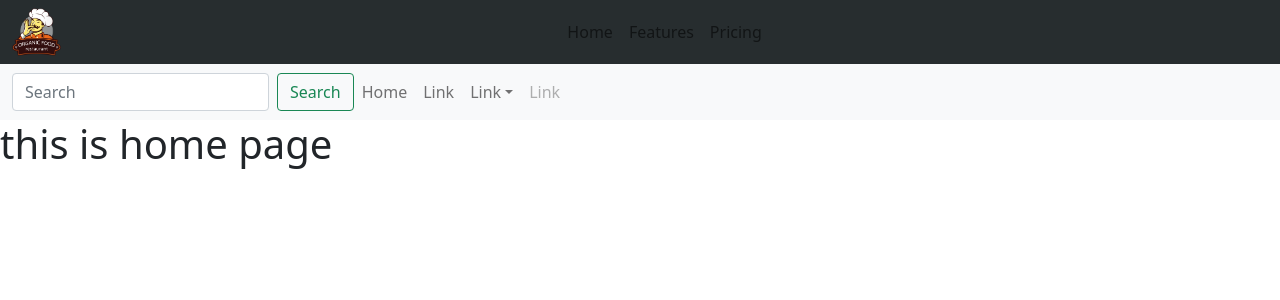
Repository: mdrubel02/organic-food-restaurnat
Page: /
The author's editor kept a copy of each file at every save. The page is drawn from the files as they stood at one save, then again after the next save.
The browser window is 1280 px wide. The pictures show the whole page.
The project was rebuilt for these pictures with package versions that can differ from the ones it lists, and the page was loaded fresh each time.

Above is the page before, as saved 2022-07-02 16:05:48.

After the next save:
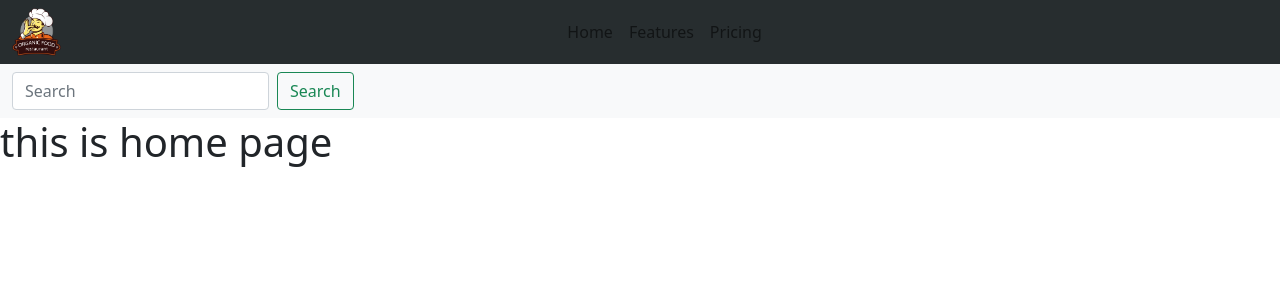
Saved 41 s later.
--- a/src/Components/Header/HeaderTwo.js
+++ b/src/Components/Header/HeaderTwo.js
@@ -22,21 +22,7 @@ const HeaderTwo = () => {
                         style={{ maxHeight: '100px' }}
                         navbarScroll
                     >
-                        <Nav.Link href="#action1">Home</Nav.Link>
-                        <Nav.Link href="#action2">Link</Nav.Link>
-                        <NavDropdown title="Link" id="navbarScrollingDropdown">
-                            <NavDropdown.Item href="#action3">Action</NavDropdown.Item>
-                            <NavDropdown.Item href="#action4">
-                                Another action
-                            </NavDropdown.Item>
-                            <NavDropdown.Divider />
-                            <NavDropdown.Item href="#action5">
-                                Something else here
-                            </NavDropdown.Item>
-                        </NavDropdown>
-                        <Nav.Link href="#" disabled>
-                            Link
-                        </Nav.Link>
+
                     </Nav>
 
                 </Navbar.Collapse>
